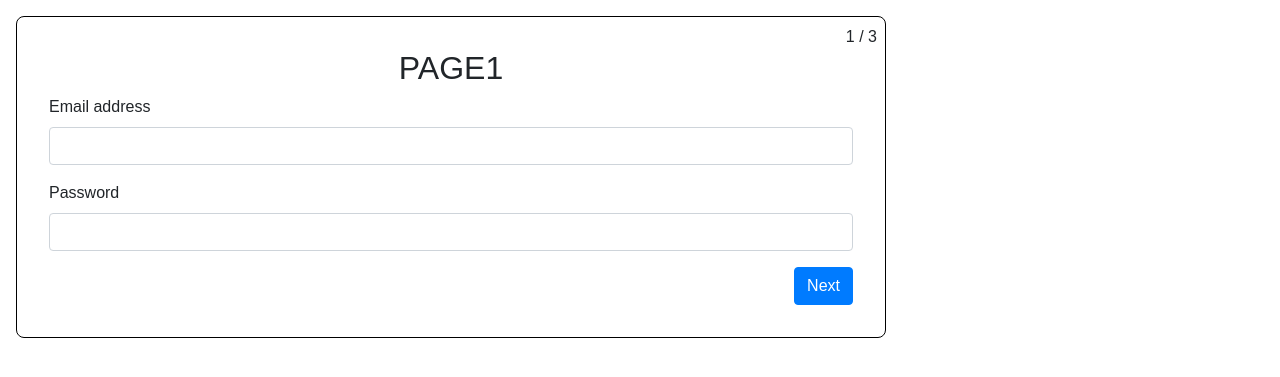
Repository: Aminox84/frontend-main
Page: /
These files come from the project's save history. The page is drawn as it stood at one moment and after the next save; the edit follows.
The browser window is 1280 px wide. The pictures show the whole page.
The project was rebuilt for these pictures with package versions that can differ from the ones it lists, and the page was loaded fresh each time. Also part of the build but not shown: src/AddressForm.tsx, src/AccountForm.tsx.

Above is the page before, as saved 2022-12-29 19:43:00.

### public/index.html
<!DOCTYPE html>
<html lang="en">
  <head>
    <meta charset="utf-8" />
    <link rel="icon" href="%PUBLIC_URL%/favicon.ico" />
    <meta name="viewport" content="width=device-width, initial-scale=1" />
    <meta name="theme-color" content="#000000" />
    <meta
      name="description"
      content="Web site created using create-react-app"
    />
    <link rel="apple-touch-icon" href="%PUBLIC_URL%/logo192.png" />

    <link rel="manifest" href="%PUBLIC_URL%/manifest.json" />
    <link rel="stylesheet" href="https://cdn.jsdelivr.net/npm/bootstrap@4.4.1/dist/css/bootstrap.min.css" integrity="sha384-Vkoo8x4CGsO3+Hhxv8T/Q5PaXtkKtu6ug5TOeNV6gBiFeWPGFN9MuhOf23Q9Ifjh" crossorigin="anonymous">

    <title>React App</title>
  </head>
  <body>
    <noscript>You need to enable JavaScript to run this app.</noscript>
    <div id="root"></div>
    <script src="https://code.jquery.com/jquery-3.4.1.slim.min.js" integrity="sha384-J6qa4849blE2+poT4WnyKhv5vZF5SrPo0iEjwBvKU7imGFAV0wwj1yYfoRSJoZ+n" crossorigin="anonymous"></script>
    <script src="https://cdn.jsdelivr.net/npm/popper.js@1.16.0/dist/umd/popper.min.js" integrity="sha384-Q6E9RHvbIyZFJoft+2mJbHaEWldlvI9IOYy5n3zV9zzTtmI3UksdQRVvoxMfooAo" crossorigin="anonymous"></script>
    <script src="https://cdn.jsdelivr.net/npm/bootstrap@4.4.1/dist/js/bootstrap.min.js" integrity="sha384-wfSDF2E50Y2D1uUdj0O3uMBJnjuUD4Ih7YwaYd1iqfktj0Uod8GCExl3Og8ifwB6" crossorigin="anonymous"></script>
  </body>
</html>

### src/App.tsx
import React from 'react';
import { useMultistepForm } from './useMultistepForm';
import { AddressForm } from './AddressForm';
import { AccountForm } from './AccountForm';
import { UserForm } from './userForm';


function App() {


const {steps,currentStepIndex,step,isFirstStep,isLastStep,back,next} = useMultistepForm([<UserForm />,<AddressForm />,<AccountForm />])

  return (
    <div style={{position:"relative",background:"white",border:"1px solid  black",padding:"2rem",margin:"1rem",borderRadius:".5rem",fontFamily:"Arial",width:"870px"}}>
      <form>
       <div style={{position:"absolute",top:".5rem",right:".5rem"}}> {currentStepIndex + 1} / {steps.length}</div>
       {step}
       <div className='d-flex justify-content-end'>
       {!isFirstStep && <button className='btn btn-primary ml-2' type="button" onClick={back}>Back</button>}
       <button type="button" className='btn btn-primary ml-2' onClick={next}>{isLastStep ? "Finish" : "Next"}</button>
       </div>
      </form>
    </div>
  );
}

export default App;

### src/useMultistepForm.ts
import {ReactElement,useState} from 'react'



export function useMultistepForm(steps: ReactElement[]){

const [currentStepIndex, setCurrentStepIndex]=useState(0)

function next(){
setCurrentStepIndex(i=>{
    if ( i > steps.length-1) return i
    return i +1
})
}
function back(){
    setCurrentStepIndex(i=>{
        if ( i <= 0) return i
        return i -1
    })
}
function goTo(index:number){
    setCurrentStepIndex(index);
}





return {
    currentStepIndex,
    step: steps[currentStepIndex],
    steps,
    isFirstStep: currentStepIndex===0,
    isLastStep: currentStepIndex=== steps.length-1,
    goTo,
    next,
    back
}

}

### src/userForm.tsx
export function UserForm() {
  return (
    <>

      <h2 style={{textAlign:"center"}}>PAGE1</h2>

      <form>
        <div className="form-group">
          <label htmlFor="exampleInputEmail1">Email address</label>
          <input
            type="email"
            className="form-control"
            id="exampleInputEmail1"
            aria-describedby="emailHelp"
          />
        </div>
        <div className="form-group">
          <label htmlFor="exampleInputPassword1">Password</label>
          <input
            type="password"
            className="form-control"
            id="exampleInputPassword1"
          />
        </div>
      </form>
    </>
  )
}

Loaded but not shown: src/index.tsx (common file)

After the next save:
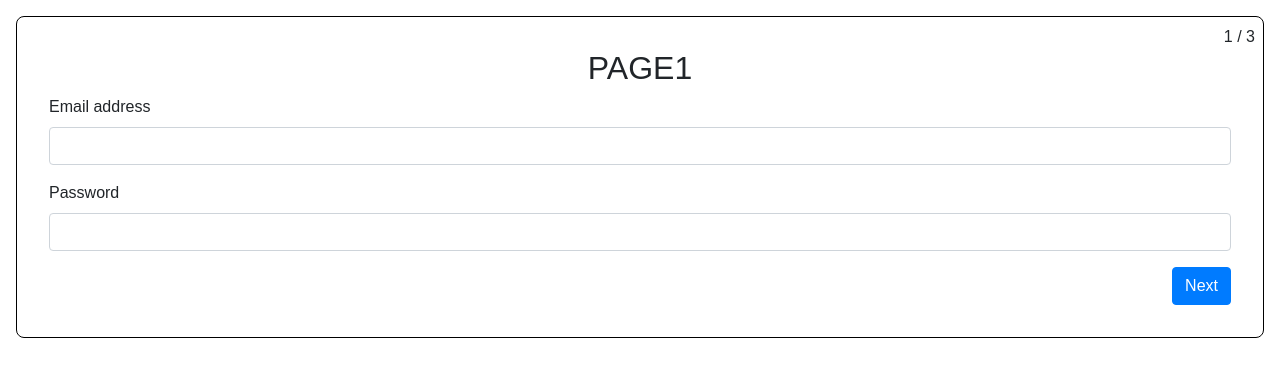
Saved 4 s later.
--- a/src/App.tsx
+++ b/src/App.tsx
@@ -11,7 +11,7 @@ function App() {
 const {steps,currentStepIndex,step,isFirstStep,isLastStep,back,next} = useMultistepForm([<UserForm />,<AddressForm />,<AccountForm />])
 
   return (
-    <div style={{position:"relative",background:"white",border:"1px solid  black",padding:"2rem",margin:"1rem",borderRadius:".5rem",fontFamily:"Arial",width:"870px"}}>
+    <div style={{position:"relative",background:"white",border:"1px solid  black",padding:"2rem",margin:"1rem",borderRadius:".5rem",fontFamily:"Arial",width:"auto"}}>
       <form>
        <div style={{position:"absolute",top:".5rem",right:".5rem"}}> {currentStepIndex + 1} / {steps.length}</div>
        {step}
